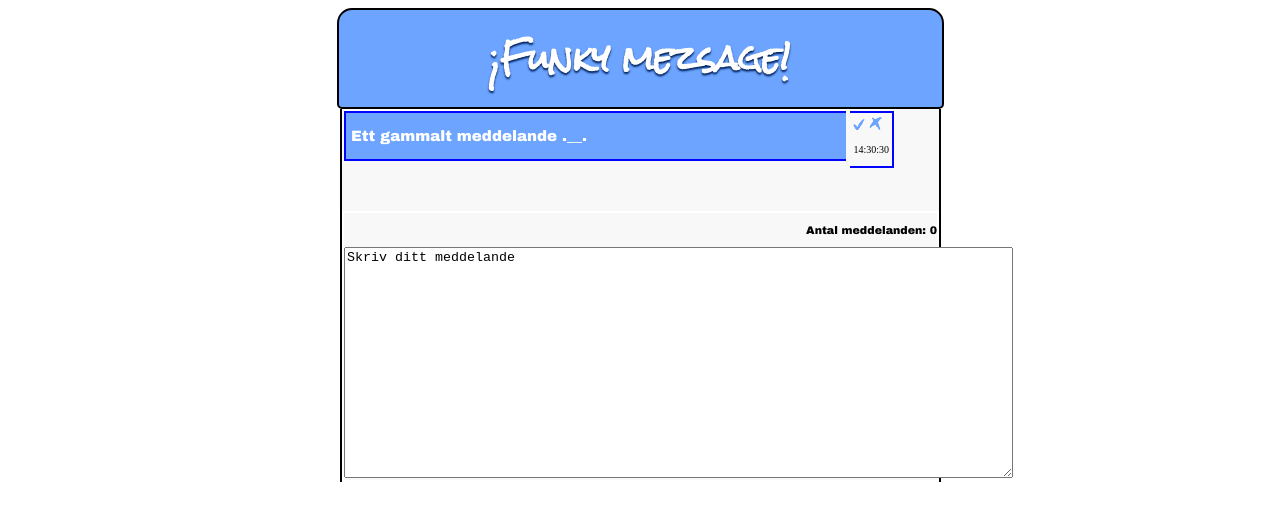
Repository: sk222sw/1dv403-laborationer
Page: 2-labbymezzage/index.html
The author's editor kept a record of every edit. The page is drawn from the files as they stood at one moment, then again after the next edit.
The browser window is 1280 px wide. The pictures show the whole page.

Above is the page before.

After the next edit:
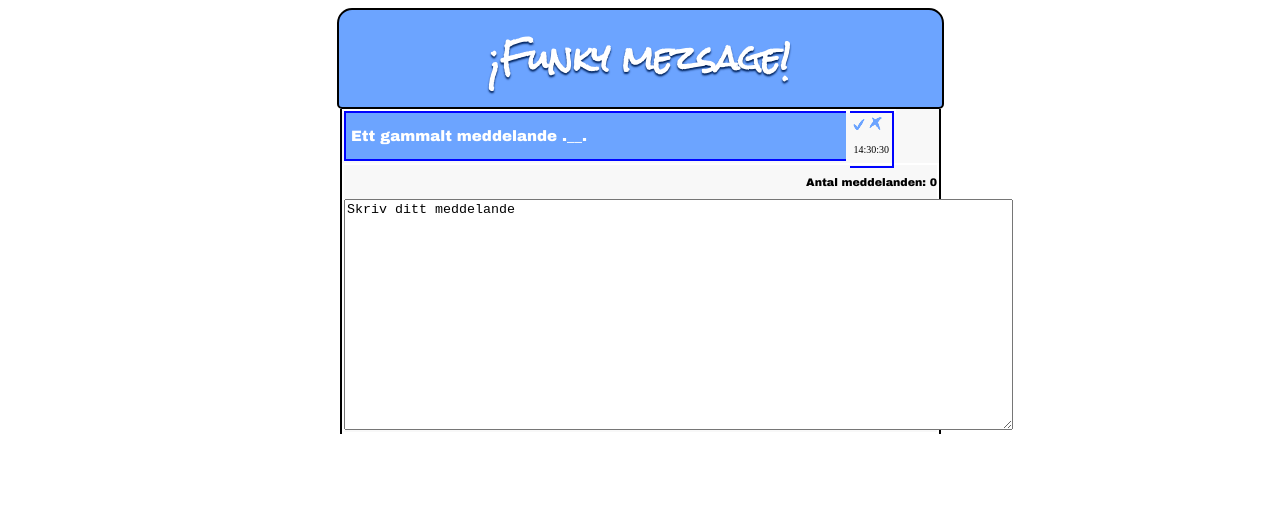
The edit:
--- a/2-labbymezzage/css/css.css
+++ b/2-labbymezzage/css/css.css
@@ -67,7 +67,7 @@
     width: 550px;
     border: solid white 2px;
 
-    margin-bottom: 98px;
+    margin-bottom: 50px;
     padding: -2px;
 }
 
